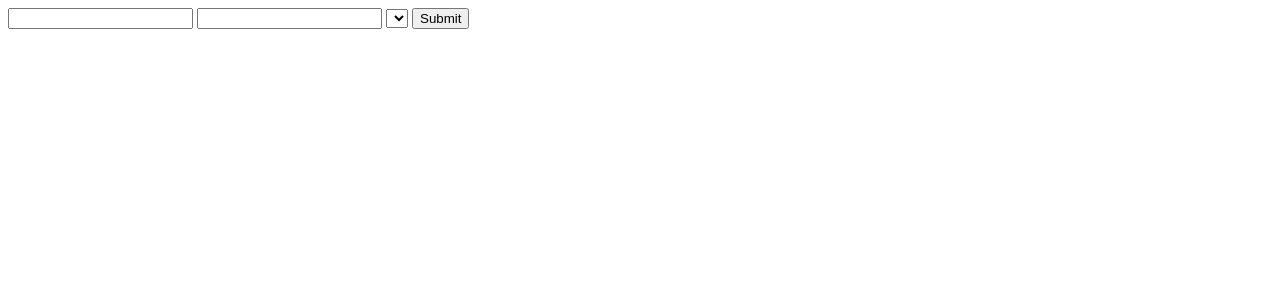
Repository: BAYA2200/beam_task_without_ai
Page: http://localhost/postcreate
The author's editor kept a copy of each file at every save. The page is drawn from the files as they stood at one save, then again after the next save.
The browser window is 1280 px wide. The pictures show the whole page.
The page is served by the project's Laravel application, run on PHP 8.4 with Laravel 12. Other server files are loaded and not shown.

Above is the page before, as saved 2026-10-16 11:03:52.

### routes/web.php
<?php

use App\Http\Controllers\PostCreateConroller;
use App\Http\Controllers\PostListConroller;
use Illuminate\Support\Facades\Route;

Route::get('/', function () {
    return view('welcome');
});
// Route::resource('post', PostCreateConroller::class);
Route::get('/postlist',[PostListConroller::class, 'index']);

Route::get('/postcreate',[PostCreateConroller::class, 'create']);
Route::post('/postcreate',[PostCreateConroller::class, 'store']);

### app/Http/Controllers/PostCreateConroller.php
<?php

namespace App\Http\Controllers;
use App\Models\Post;
use App\Models\User;

use Illuminate\Http\Request;

class PostCreateConroller extends Controller
{
    public function create(){
        return view('post.create');
    }
    public function store(Request $request)
	{
		$post = new Post;
		$post->name = $request->input('name');
		$post->discription = $request->input('discription');
        $post->user_id = $request->option('user_id');
		$post->save();
        $users = User::all();

		return redirect('/postcreate');
	}
    // public function index(){
    //     $users = User::all();
    //     return view('post.create'[
    //         'user'=>$users
    //     ]);
    // }
}

### resources/views/post/create.blade.php
<form action="/postcreate" method="POST">
	@csrf
    {{-- @foreach ($users as $user) --}}
	<input name="name">
	<input name="discription">
    {{-- <input name="user_id"> --}}

    <select>
  {{-- <option name="user_id">{{$user->name}} </option> --}}
  {{-- <option name="user_id">{{$user->user_id}}   </option> --}}
    </select>
{{-- @endforeach --}}

	<input type="submit">
</form>

Loaded but not shown: app/Http/Controllers/Controller.php (common file)

After the next save:
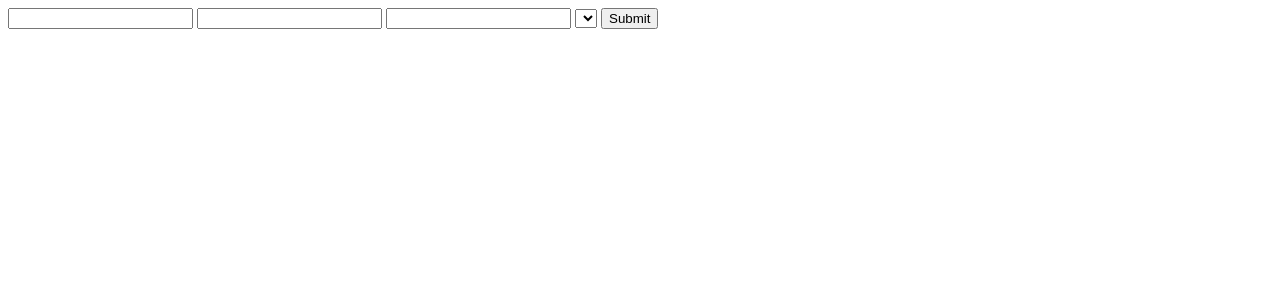
Saved 32 s later.
--- a/resources/views/post/create.blade.php
+++ b/resources/views/post/create.blade.php
@@ -3,7 +3,7 @@
     {{-- @foreach ($users as $user) --}}
 	<input name="name">
 	<input name="discription">
-    {{-- <input name="user_id"> --}}
+    <input name="user_id">
 
     <select>
   {{-- <option name="user_id">{{$user->name}} </option> --}}
